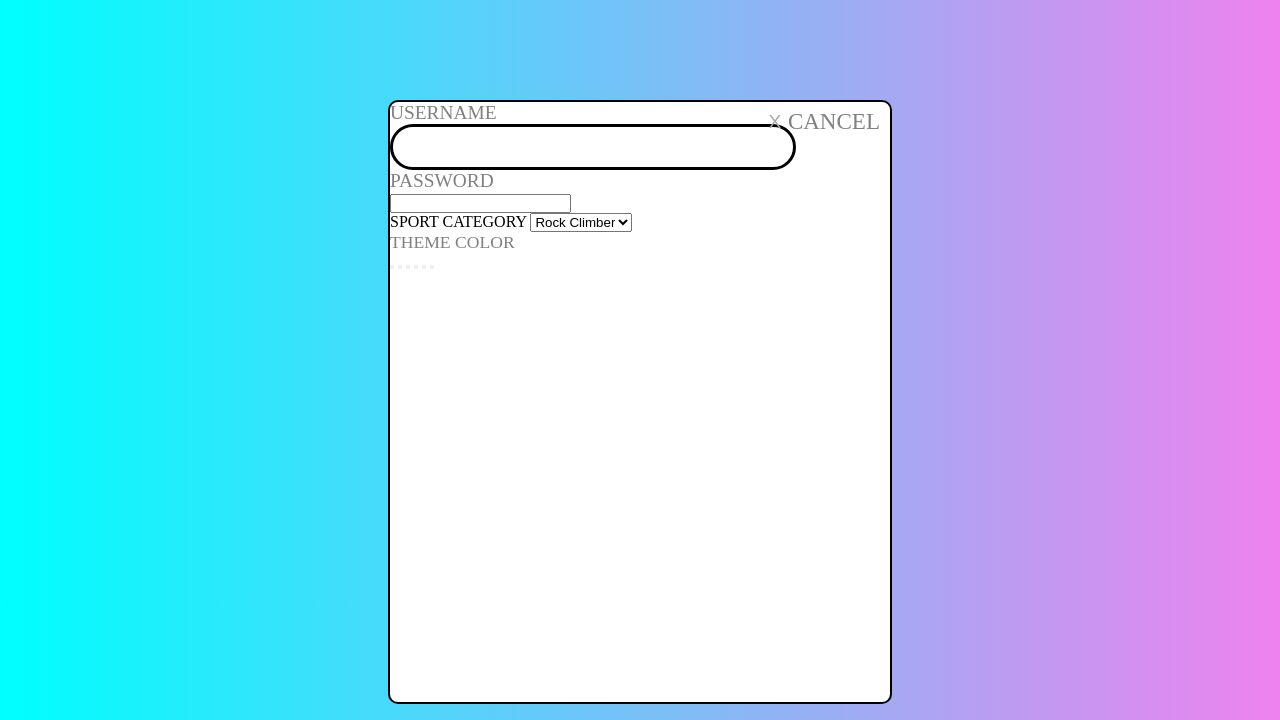
Repository: zRush1202/LoginPage-demo
Page: dom/exercise/login.html
An editor plug-in stored every save of this project. The page is shown before and after the next save, followed by the edit.
The browser window is 1280 px wide. The pictures show the whole page.

Above is the page before, as saved 2023-09-17 09:20:32.

### dom/exercise/login.html
<!DOCTYPE html>
<html lang="en">
<head>
    <meta charset="UTF-8">
    <meta name="viewport" content="width=device-width, initial-scale=1.0">
    <title>Login page</title>
    <link rel="stylesheet" href="login.css">
</head>
<body>
    <div class="login">
        <div class="cancel">
            <button class="X">X</button>
            <span class="cancel">CANCEL</span>
        </div>
        <div class="tk">
            <span>USERNAME</span>
            <br>
            <input type="USERNAME" class="user">
            <br>
            <span>PASSWORD</span>
            <br>
            <input type="PASSWORD" class="pass">
            <br>
        </div>
        <div>
            <label for="sport">SPORT CATEGORY</label>
            <select name="sport" id="sport">
                <option value="rc">Rock Climber</option>
                <option value="fb">Football</option>
                <option value="bkb">basketball</option>
                <option value="sm">swimming</option>
            </select>
        </div>
        <div>
            <span>THEME COLOR</span>
            <br>
            <button class="bgc" style="color: pink;"></button>
            <button class="bgc" style="color: wheat;"></button>
            <button class="bgc" style="color: green;"></button>
            <button class="bgc" style="color: violet;"></button>
            <button class="bgc" style="color: cyan;"></button>
            <button class="bgc" style="color: gray;"></button>
        </div>
    </div>
</body>
</html>

### dom/exercise/login.css
* {
    margin: 0;
    padding: 0;
}

body {
    display: flex;
    justify-content: center;
    align-items: center;
    position: relative;
    top: 100px;
    background-image: linear-gradient(to right, cyan, violet);
}

.login {
    display: block;
    width: 500px;
    height: 600px;
    background-color: white;
    border: 2px solid black;
    border-radius: 10px;
    position: relative;
}

.cancel {
    position: absolute;
    right: 5px;
    top: 3px;
}

.cancel {
    font-size: 120%;

}

.X {
    height: 20px;
    width: 20px;
    color: darkgray;
    font-size: 100%;
    border: none;
    background-color: transparent;
    position: absolute;
    right: 100px;
    top: 6px;
}

.user {
    height: 40px;
    width: 400px;
    border-radius: 50px;
    border: 3px solid black;
}

.tk, span {
    font-size: 110%;
    color: gray;
}

After the next save:
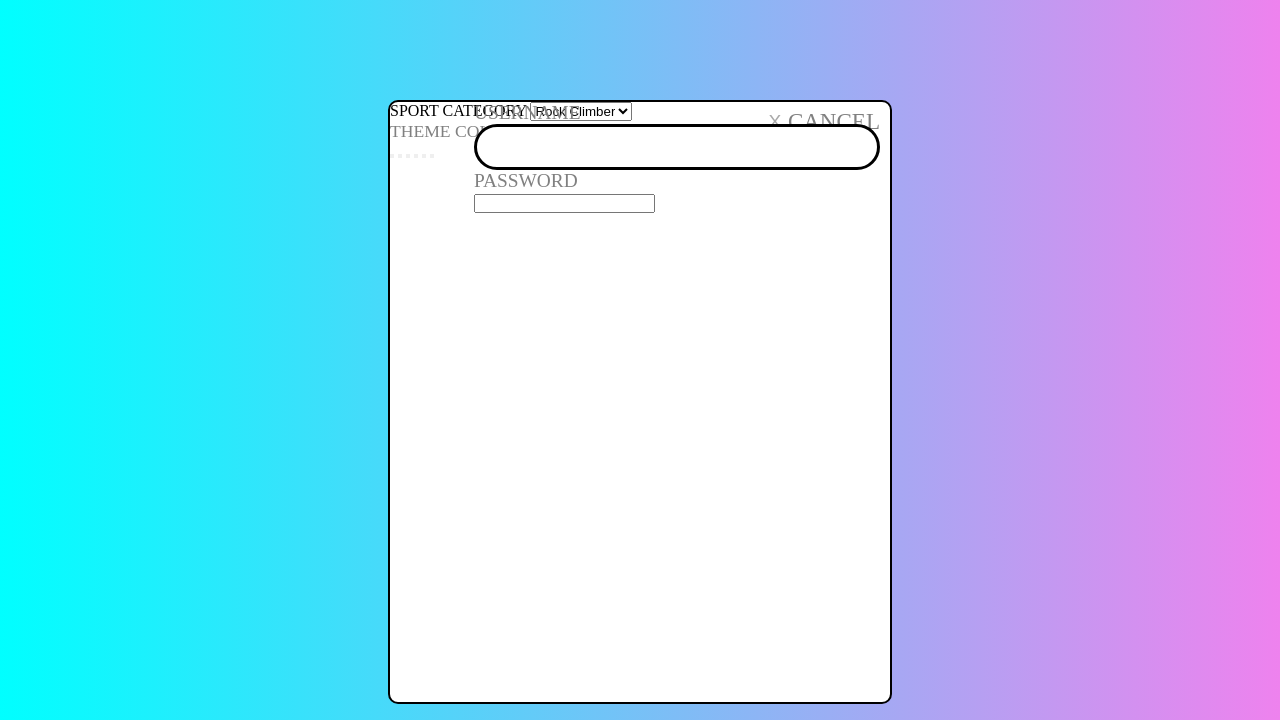
Saved 33 s later.
--- a/dom/exercise/login.css
+++ b/dom/exercise/login.css
@@ -56,3 +56,9 @@ body {
     font-size: 110%;
     color: gray;
 }
+
+.tk {
+    position: absolute;
+    right: 10px;
+
+}
